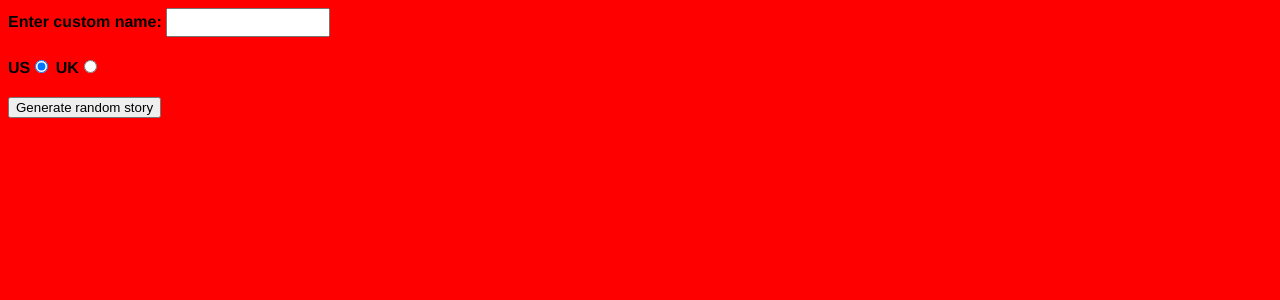
Repository: ctcoleman/learning-area
Page: javascript/introduction-to-js-1/assessment-start/index.html
The author's editor kept a copy of each file at every save. The page is drawn from the files as they stood at one save, then again after a run of saves.
The browser window is 1280 px wide. The pictures show the whole page.

Above is the page before, as saved 2020-06-26 00:24:38.

### javascript/introduction-to-js-1/assessment-start/index.html
<!DOCTYPE html>
<html>

<head>
  <meta charset="utf-8">
  <meta http-equiv="X-UA-Compatible" content="IE=edge,chrome=1">
  <meta name="viewport" content="width=device-width">

  <title>Silly story generator</title>

  <style>
    body {
      font-family: helvetica, sans-serif;
      width: 350px;
    }

    label {
      font-weight: bold;
    }

    div {
      padding-bottom: 20px;
    }

    input[type="text"] {
      padding: 5px;
      width: 150px;
    }

    p {
      background: #FFC125;
      color: #5E2612;
      padding: 10px;
      visibility: hidden;
    }
  </style>
</head>

<body>
  <div>
    <label for="customname">Enter custom name:</label>
    <input id="customname" type="text" placeholder="">
  </div>
  <div>
    <label for="us">US</label><input id="us" type="radio" name="ukus" value="us" checked>
    <label for="uk">UK</label><input id="uk" type="radio" name="ukus" value="uk">
  </div>
  <div>
    <button class="randomize">Generate random story</button>
  </div>
  <!-- Thanks a lot to Willy Aguirre for his help with the code for this assessment -->
  <p class="story"></p>
  <script src="/javascript/introduction-to-js-1/assessment-start/main.js"></script>
</body>

</html>

### javascript/introduction-to-js-1/assessment-start/main.js
// /*
// === Complete Variable and Function Definitions ===
// */

// const customName = document.getElementById('customname');
// const randomize = document.querySelector('.randomize');
// const story = document.querySelector('.story');

// function randomValueFromArray(array) {
//   const random = Math.floor(Math.random() * array.length);
//   return array[random];
// }

// /*
// === Raw Text Strings ===
// */

// let storyText = `It was 94 fahrenheit outside, so :insertx: went for a walk. When they got to :inserty:, they stared in horror for a few moments, then :insertz:. Bob saw the whole thing, but was not surprised — :insertx: weighs 300 pounds, and it was a hot day.`

// let instertX = ['Willy the Goblin', 'Big Daddy', 'Father Christmas']
// const instertY = ['the soup kitchen', 'Disneyland', 'the White House']
// const insertZ = ['spontaneously combusted', 'melted into a puddle on the sidewalk', 'turned into a slug and crawled away']

// /*
// === Event Listener and Partial Function Definition ===
// */

// randomize.addEventListener('click', result)


// function result () {

//   let newStory = storyText

//   const xItem = randomValueFromArray(insertX)
//   const yItem = randomValueFromArray(insertY)
//   const zItem = randomValueFromArray(insertZ)

//   newStory = newStory.replace(':insertx:', xItem)
//   newStory = newStory.replace(':insertx:', xItem)
//   newStory = newStory.replace(':inserty:', yItem)
//   newStory = newStory.replace(':insertz:', zItem)

//   if (customName.value !== '') {
//     const name = customName.value
//     newStory = newStory.replace('Bob', name)
//   }

//   if (document.getElementById("uk").checked) {
//     const weight = Math.round(300 * 0.0714286) + " stone"
//     const temperature = Math.round((94 - 32) * 5 / 9) + " centigrade"

//     newStory = newStory.replace('94 fahrenheit', temperature)
//     newStory = newStory.replace('300 pounds', weight)
//   }

//   story.textContent = ;
//   story.style.visibility = 'visible';
// }
document.querySelector('html').style.backgroundColor = 'red';

After the next 2 saves:
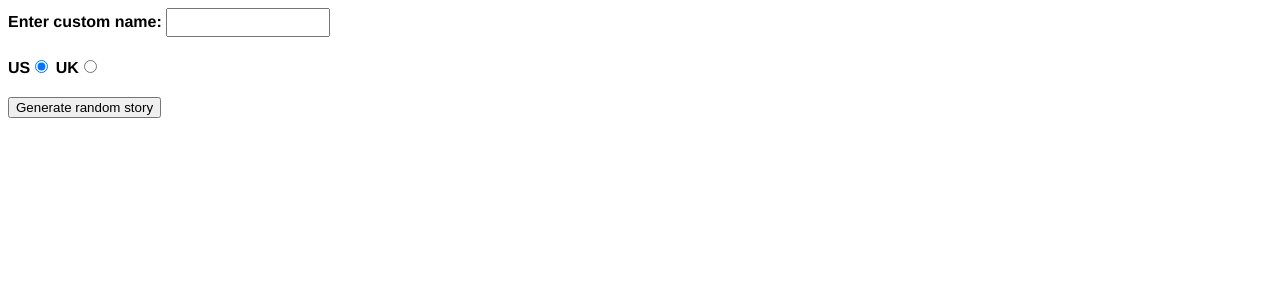
Console error: SyntaxError: Unexpected token ';'
The 2 saves are shown as one change because they came seconds apart.
The last was saved 36 s later.
--- a/javascript/introduction-to-js-1/assessment-start/main.js
+++ b/javascript/introduction-to-js-1/assessment-start/main.js
@@ -1,60 +1,59 @@
-// /*
-// === Complete Variable and Function Definitions ===
-// */
+/*
+=== Complete Variable and Function Definitions ===
+*/
 
-// const customName = document.getElementById('customname');
-// const randomize = document.querySelector('.randomize');
-// const story = document.querySelector('.story');
+const customName = document.getElementById('customname');
+const randomize = document.querySelector('.randomize');
+const story = document.querySelector('.story');
 
-// function randomValueFromArray(array) {
-//   const random = Math.floor(Math.random() * array.length);
-//   return array[random];
-// }
+function randomValueFromArray(array) {
+  const random = Math.floor(Math.random() * array.length);
+  return array[random];
+}
 
-// /*
-// === Raw Text Strings ===
-// */
+/*
+=== Raw Text Strings ===
+*/
 
-// let storyText = `It was 94 fahrenheit outside, so :insertx: went for a walk. When they got to :inserty:, they stared in horror for a few moments, then :insertz:. Bob saw the whole thing, but was not surprised — :insertx: weighs 300 pounds, and it was a hot day.`
+let storyText = `It was 94 fahrenheit outside, so :insertx: went for a walk. When they got to :inserty:, they stared in horror for a few moments, then :insertz:. Bob saw the whole thing, but was not surprised — :insertx: weighs 300 pounds, and it was a hot day.`
 
-// let instertX = ['Willy the Goblin', 'Big Daddy', 'Father Christmas']
-// const instertY = ['the soup kitchen', 'Disneyland', 'the White House']
-// const insertZ = ['spontaneously combusted', 'melted into a puddle on the sidewalk', 'turned into a slug and crawled away']
+let instertX = ['Willy the Goblin', 'Big Daddy', 'Father Christmas']
+const instertY = ['the soup kitchen', 'Disneyland', 'the White House']
+const insertZ = ['spontaneously combusted', 'melted into a puddle on the sidewalk', 'turned into a slug and crawled away']
 
-// /*
-// === Event Listener and Partial Function Definition ===
-// */
+/*
+=== Event Listener and Partial Function Definition ===
+*/
 
-// randomize.addEventListener('click', result)
+randomize.addEventListener('click', result)
 
 
-// function result () {
+function result () {
 
-//   let newStory = storyText
+  let newStory = storyText
 
-//   const xItem = randomValueFromArray(insertX)
-//   const yItem = randomValueFromArray(insertY)
-//   const zItem = randomValueFromArray(insertZ)
+  const xItem = randomValueFromArray(insertX)
+  const yItem = randomValueFromArray(insertY)
+  const zItem = randomValueFromArray(insertZ)
 
-//   newStory = newStory.replace(':insertx:', xItem)
-//   newStory = newStory.replace(':insertx:', xItem)
-//   newStory = newStory.replace(':inserty:', yItem)
-//   newStory = newStory.replace(':insertz:', zItem)
+  newStory = newStory.replace(':insertx:', xItem)
+  newStory = newStory.replace(':insertx:', xItem)
+  newStory = newStory.replace(':inserty:', yItem)
+  newStory = newStory.replace(':insertz:', zItem)
 
-//   if (customName.value !== '') {
-//     const name = customName.value
-//     newStory = newStory.replace('Bob', name)
-//   }
+  if (customName.value !== '') {
+    const name = customName.value
+    newStory = newStory.replace('Bob', name)
+  }
 
-//   if (document.getElementById("uk").checked) {
-//     const weight = Math.round(300 * 0.0714286) + " stone"
-//     const temperature = Math.round((94 - 32) * 5 / 9) + " centigrade"
+  if (document.getElementById("uk").checked) {
+    const weight = Math.round(300 * 0.0714286) + " stone"
+    const temperature = Math.round((94 - 32) * 5 / 9) + " centigrade"
 
-//     newStory = newStory.replace('94 fahrenheit', temperature)
-//     newStory = newStory.replace('300 pounds', weight)
-//   }
+    newStory = newStory.replace('94 fahrenheit', temperature)
+    newStory = newStory.replace('300 pounds', weight)
+  }
 
-//   story.textContent = ;
-//   story.style.visibility = 'visible';
-// }
-document.querySelector('html').style.backgroundColor = 'red';
+  story.textContent = ;
+  story.style.visibility = 'visible';
+}
